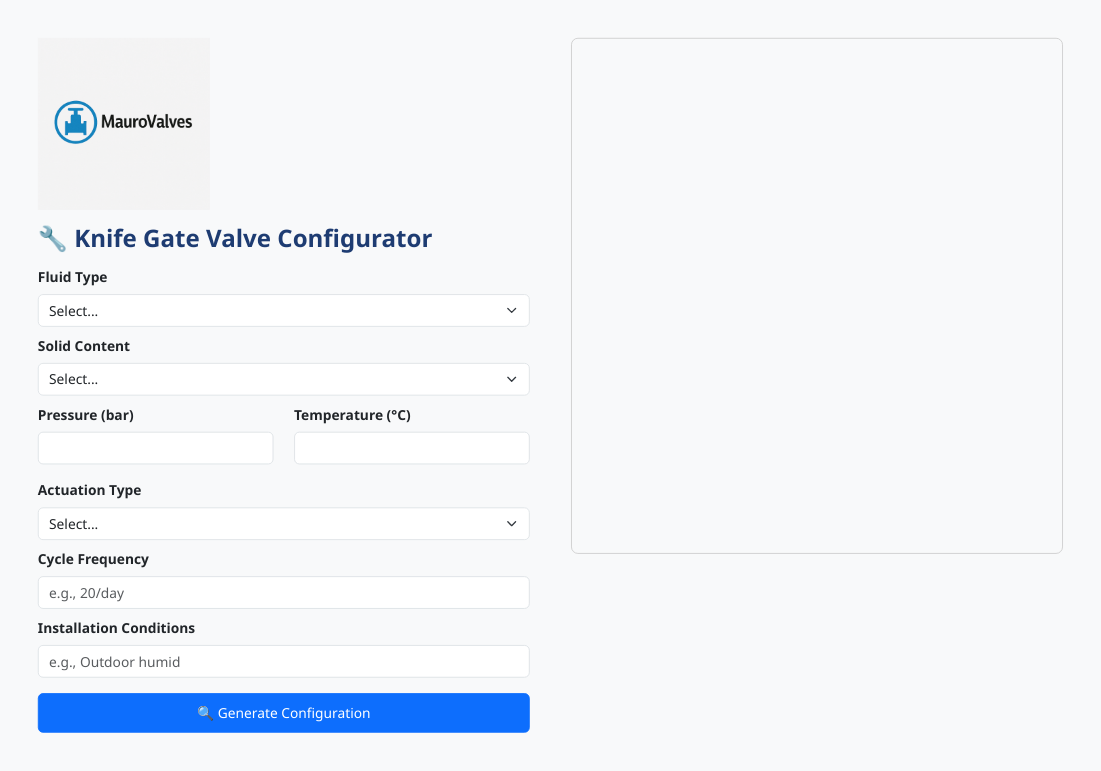
Repository: mauriciodelopez/valve_configurator
Page: http://localhost/
The author's editor kept a copy of each file at every save. The page is drawn from the files as they stood at one save, then again after a run of saves.
The browser window is 1280 px wide. The pictures show the whole page, at 86% of full size.
The page is served by the project's application, run on Flask 3 (app.py).

Above is the page before, as saved 2025-07-17 09:48:15.
Console error: SyntaxError: missing ) after argument list

### templates/index.html
<!DOCTYPE html>
<html lang="en">
<head>
  <meta charset="UTF-8" />
  <meta name="viewport" content="width=device-width, initial-scale=1.0"/>
  <title>🔧 MauroValves Configurator</title>

  <!-- Bootstrap CSS -->
  <link href="https://cdn.jsdelivr.net/npm/bootstrap@5.3.3/dist/css/bootstrap.min.css" rel="stylesheet">
  <link rel="stylesheet" href="/static/css/style.css">
</head>

<body>
  <div class="container-fluid mt-4">
    <div class="row">

      <!-- LEFT: Valve Configurator Form -->
      <div class="col-lg-6 mb-4 px-4">
        <img src="/static/img/maurovalves_logo.png" alt="MauroValves Logo" class="img-fluid mb-3" style="max-width: 200px;">
        <h3 class="mb-3">🔧 Knife Gate Valve Configurator</h3>

        <form method="POST" action="/generate">
          <div class="mb-2">
            <label for="fluid" class="form-label">Fluid Type</label>
            <select name="fluid" id="fluid" class="form-select" required>
              <option value="">Select...</option>
              <option>Water</option>
              <option>Slurry</option>
              <option>Acid</option>
              <option>Chemical</option>
            </select>
          </div>

          <div class="mb-2">
            <label for="solid_content" class="form-label">Solid Content</label>
            <select name="solid_content" id="solid_content" class="form-select" required>
              <option value="">Select...</option>
              <option>None</option>
              <option>Low</option>
              <option>Medium</option>
              <option>High</option>
            </select>
          </div>

          <div class="row">
            <div class="col">
              <label for="pressure" class="form-label">Pressure (bar)</label>
              <input type="number" name="pressure" id="pressure" class="form-control" required>
            </div>
            <div class="col">
              <label for="temperature" class="form-label">Temperature (°C)</label>
              <input type="number" name="temperature" id="temperature" class="form-control" required>
            </div>
          </div>

          <div class="mb-2 mt-2">
            <label for="actuation_type" class="form-label">Actuation Type</label>
            <select name="actuation_type" id="actuation_type" class="form-select" required>
              <option value="">Select...</option>
              <option>Pneumatic</option>
              <option>Electric</option>
              <option>Manual</option>
            </select>
          </div>

          <div class="mb-2">
            <label for="cycle_frequency" class="form-label">Cycle Frequency</label>
            <input type="text" name="cycle_frequency" id="cycle_frequency" class="form-control" placeholder="e.g., 20/day" required>
          </div>

          <div class="mb-2">
            <label for="conditions" class="form-label">Installation Conditions</label>
            <input type="text" name="conditions" id="conditions" class="form-control" placeholder="e.g., Outdoor humid" required>
          </div>

          <button type="submit" class="btn btn-primary w-100 mt-2">🔍 Generate Configuration</button>
        </form>

        {% if data %}
        <!-- Download PDF Button -->
        <form method="POST" action="/pdf" target="_blank">
          {% for key, value in data.items() %}
            <input type="hidden" name="{{ key }}" value="{{ value }}">
          {% endfor %}
          <button class="btn btn-success w-100 mt-2">📄 Download PDF Datasheet</button>
        </form>
        {% endif %}

        {% if result %}
        <!-- Show Recommendations -->
        <div class="alert alert-info mt-3">
          {{ result }}
          {% if recommendations %}
          <ul>
            <li><strong>Seat Type:</strong> {{ recommendations.seat_type }}</li>
            <li><strong>Body Material:</strong> {{ recommendations.body_material }}</li>
            <li><strong>Actuation:</strong> {{ recommendations.actuation }}</li>
          </ul>
          {% endif %}
        </div>
        {% endif %}
      </div>

      <!-- RIGHT: 3D Model Viewer -->
      <div class="col-lg-6 px-4">
        <div id="container3D" style="width: 100%; height: 600px; border: 1px solid #ccc; border-radius: 8px;"></div>
      </div>

    </div>
  </div>

  <!-- ✅ Load viewer3D logic with ES6 module -->
  <script type="module" src="/static/js/viewer3D.js"></script>
</body>
</html>

### app.py
from flask import Flask, render_template, request, send_file
from xhtml2pdf import pisa
from io import BytesIO

app = Flask(__name__)

# 🔹 Home page with form
@app.route('/')
def home():
    return render_template('index.html')

# 🔹 Handle form submission and display results
@app.route('/generate', methods=['POST'])
def generate():
    data = {
        'fluid': request.form.get('fluid'),
        'solid_content': request.form.get('solid_content'),
        'flow_direction': request.form.get('flow_direction'),
        'pressure': float(request.form.get('pressure', 0)),
        'temperature': float(request.form.get('temperature', 0)),
        'line_size': request.form.get('line_size'),
        'installation_position': request.form.get('installation_position'),
        'body_material': request.form.get('body_material'),
        'seat_type': request.form.get('seat_type'),
        'gate_material': request.form.get('gate_material'),
        'port_design': request.form.get('port_design'),
        'flange_type': request.form.get('flange_type'),
        'actuation_type': request.form.get('actuation_type'),
        'voltage': request.form.get('voltage'),
        'control_type': request.form.get('control_type'),
        'signal_type': request.form.get('signal_type'),
        'enclosure_rating': request.form.get('enclosure_rating'),
        'manual_override': request.form.get('manual_override'),
        'air_supply': request.form.get('air_supply'),
        'positioner': request.form.get('positioner'),
        'solenoid_valve': request.form.get('solenoid_valve'),
        'limit_switches': request.form.get('limit_switches'),
        'frl': request.form.get('frl'),
        'cycle_frequency': request.form.get('cycle_frequency'),
        'opening_speed': request.form.get('opening_speed'),
        'space': request.form.get('space'),
        'conditions': request.form.get('conditions'),
        'certifications': request.form.get('certifications')
    }

    recommendations = generate_recommendations(data)

    result = "Custom Knife Gate Valve configuration received. Please review your inputs and the recommended options."

    return render_template('index.html', result=result, data=data, recommendations=recommendations)

# 🔹 Smart advisor logic
def generate_recommendations(data):
    rec = {}

    # Seat Type
    if data['fluid'] and data['fluid'].lower() == 'water' and data['temperature'] > 100:
        rec['seat_type'] = 'PTFE'
    elif data['solid_content'] and ('slurry' in data['fluid'].lower() or 'high' in data['solid_content'].lower()):
        rec['seat_type'] = 'Metal'
    else:
        rec['seat_type'] = 'EPDM'

    # Body Material
    if data['fluid'] and ('acid' in data['fluid'].lower() or 'chemical' in data['fluid'].lower()):
        rec['body_material'] = 'Stainless Steel'
    elif data['temperature'] > 150:
        rec['body_material'] = 'Carbon Steel'
    else:
        rec['body_material'] = 'Ductile Iron'

    # Actuation
    actuation = data.get('actuation_type', '').lower()
    if actuation == 'pneumatic':
        if data['cycle_frequency']:
            try:
                cycles = int(data['cycle_frequency'].split('/')[0])
                if cycles > 30:
                    rec['actuation'] = 'Pneumatic, Double-Acting, With Positioner'
                else:
                    rec['actuation'] = 'Pneumatic, Single-Acting'
            except:
                rec['actuation'] = 'Pneumatic Actuator'
        else:
            rec['actuation'] = 'Pneumatic Actuator'
    elif actuation == 'electric':
        if data['conditions'] and 'outdoor' in data['conditions'].lower():
            rec['actuation'] = 'Electric Actuator, IP67 Enclosure'
        else:
            rec['actuation'] = 'Electric Actuator, IP65 Enclosure'
    else:
        rec['actuation'] = 'Manual (Handwheel or Gear)'

    return rec

# 🔹 PDF generation
@app.route('/pdf', methods=['POST'])
def generate_pdf():
    data = request.form.to_dict()

    recommendations = generate_recommendations({
        **data,
        'temperature': float(data.get('temperature', 0)),
        'pressure': float(data.get('pressure', 0)),
        'solid_content': data.get('solid_content', ''),
        'fluid': data.get('fluid', ''),
        'actuation_type': data.get('actuation_type', ''),
        'conditions': data.get('conditions', ''),
        'cycle_frequency': data.get('cycle_frequency', '')
    })

    html = render_template('pdf_template.html', data=data, recommendations=recommendations)
    pdf = BytesIO()
    pisa_status = pisa.CreatePDF(html, dest=pdf)
    pdf.seek(0)

    if pisa_status.err:
        return "Error generating PDF", 500

    return send_file(pdf, as_attachment=True, download_name="datasheet.pdf", mimetype='application/pdf')

# 🔹 Run the app
if __name__ == '__main__':
    app.run(debug=True, port=5001)

### static/css/style.css
/* === GENERAL PAGE === */
body {
  background-color: #f8f9fa;
  font-family: 'Segoe UI', Tahoma, Geneva, Verdana, sans-serif;
  padding: 20px;
}

/* === LOGO === */
img {
  max-width: 100%;
  height: auto;
}

/* === FORM LABELS === */
.form-label {
  font-weight: 600;
}

/* === BUTTONS === */
button.btn {
  font-weight: 500;
  padding: 10px 20px;
  border-radius: 6px;
}

@media (max-width: 576px) {
  .btn {
    width: 100%;
  }
  h2 {
    font-size: 1.5rem;
  }
}

/* === ALERT BOX === */
.alert ul {
  padding-left: 20px;
}

/* === 3D VIEWER CONTAINER === */
#viewer-container {
  width: 100%;
  height: 400px;
  border: 1px solid #ccc;
  border-radius: 8px;
  background-color: #fff;
}

/* Make viewer taller on larger screens */
@media (min-width: 768px) {
  #viewer-container {
    height: 600px;
  }
}

/* === FORM INPUTS === */
input.form-control,
select.form-select {
  margin-bottom: 10px;
}

/* === TITLES === */
h3 {
  font-weight: 600;
  color: #1e3c72;
}

### static/js/viewer3D.js
// viewer3D.js
import * as THREE from "https://cdn.skypack.dev/three@0.129.0/build/three.module.js";
import { OrbitControls } from "https://cdn.skypack.dev/three@0.129.0/examples/jsm/controls/OrbitControls.js";
import { GLTFLoader } from "https://cdn.skypack.dev/three@0.129.0/examples/jsm/loaders/GLTFLoader.js";

// Create scene
const scene = new THREE.Scene();
scene.background = new THREE.Color(0xf0f0f0);

// Camera
const camera = new THREE.PerspectiveCamera(75, window.innerWidth / window.innerHeight, 0.1, 1000);
camera.position.set(0, 1, 3);

// Renderer
const renderer = new THREE.WebGLRenderer({ antialias: true });
renderer.setSize(window.innerWidth, window.innerHeight);
document.getElementById("container3D").appendChild(renderer.domElement);

// Lights
const ambientLight = new THREE.AmbientLight(0xffffff, 0.6);
scene.add(ambientLight);
const directionalLight = new THREE.DirectionalLight(0xffffff, 0.8);
directionalLight.position.set(5, 10, 7.5);
scene.add(directionalLight);

// Controls
const controls = new OrbitControls(camera, renderer.domElement);
controls.enableDamping = true;
controls.dampingFactor = 0.1;

// Load model
const loader = new GLTFLoader();
loader.load(
  "/static/models/valve_dn/scene.gltf",
loader.load(
  "/static/models/valve_dn/scene.gltf",
  (gltf) => {
    const model = gltf.scene;
    model.scale.set(1, 1, 1);
    model.rotation.y = Math.PI;
    model.position.set(0, -0.5, 0);
    scene.add(model);
    console.log("✅ 3D model loaded");
  },
  undefined,
  (error) => {
    console.error("❌ Error loading model", error);
  }
);

// Animate
function animate() {
  requestAnimationFrame(animate);
  controls.update();
  renderer.render(scene, camera);
}
animate();

// Resize handler
window.addEventListener("resize", () => {
  camera.aspect = window.innerWidth / window.innerHeight;
  camera.updateProjectionMatrix();
  renderer.setSize(window.innerWidth, window.innerHeight);
});

After the next 2 saves:
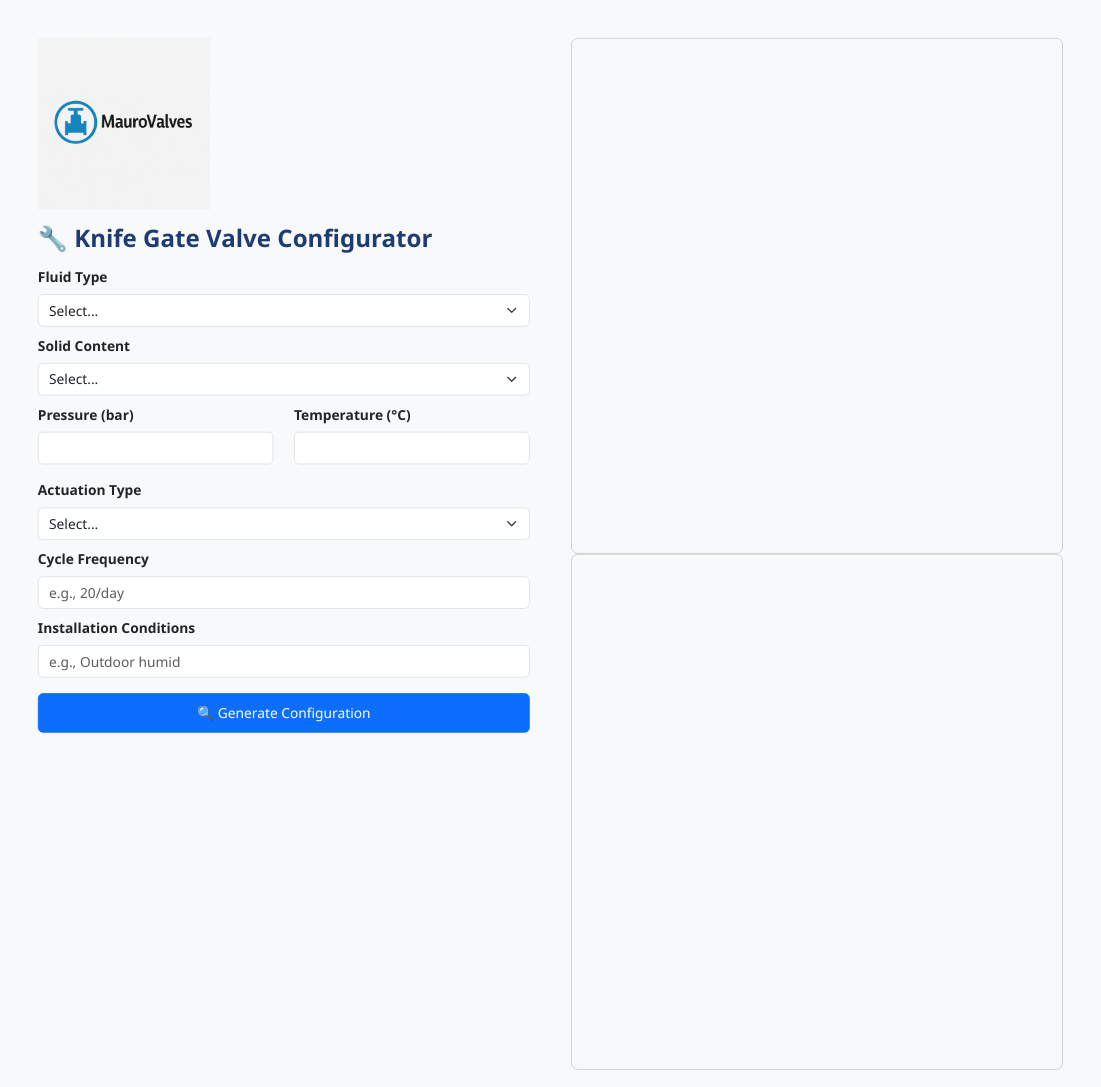
The 2 saves are shown as one change because they came seconds apart.
The last was saved 85 s later.
--- a/templates/index.html
+++ b/templates/index.html
@@ -104,6 +104,8 @@
       <!-- RIGHT: 3D Model Viewer -->
       <div class="col-lg-6 px-4">
         <div id="container3D" style="width: 100%; height: 600px; border: 1px solid #ccc; border-radius: 8px;"></div>
+
+        <div id="container3D" style="width: 100%; height: 600px; border: 1px solid #ccc; border-radius: 8px;"></div>
       </div>
 
     </div>

After the save that followed:
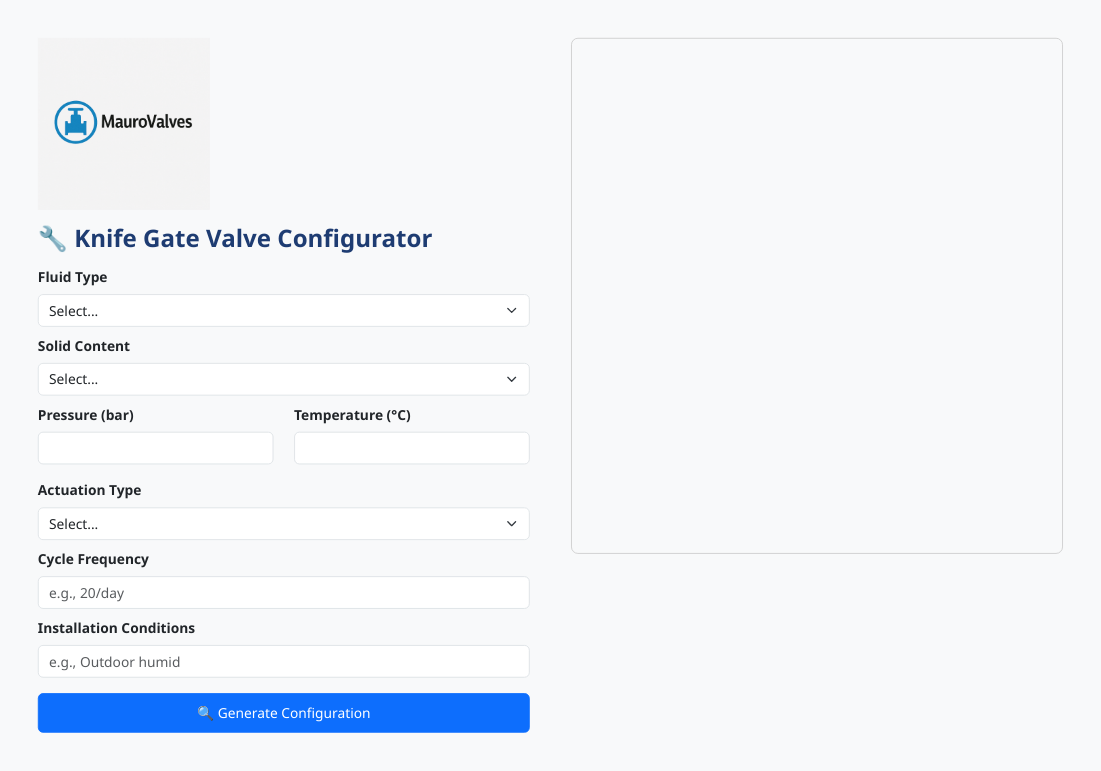
Saved 15 s later.
--- a/templates/index.html
+++ b/templates/index.html
@@ -103,7 +103,6 @@
 
       <!-- RIGHT: 3D Model Viewer -->
       <div class="col-lg-6 px-4">
-        <div id="container3D" style="width: 100%; height: 600px; border: 1px solid #ccc; border-radius: 8px;"></div>
 
         <div id="container3D" style="width: 100%; height: 600px; border: 1px solid #ccc; border-radius: 8px;"></div>
       </div>
